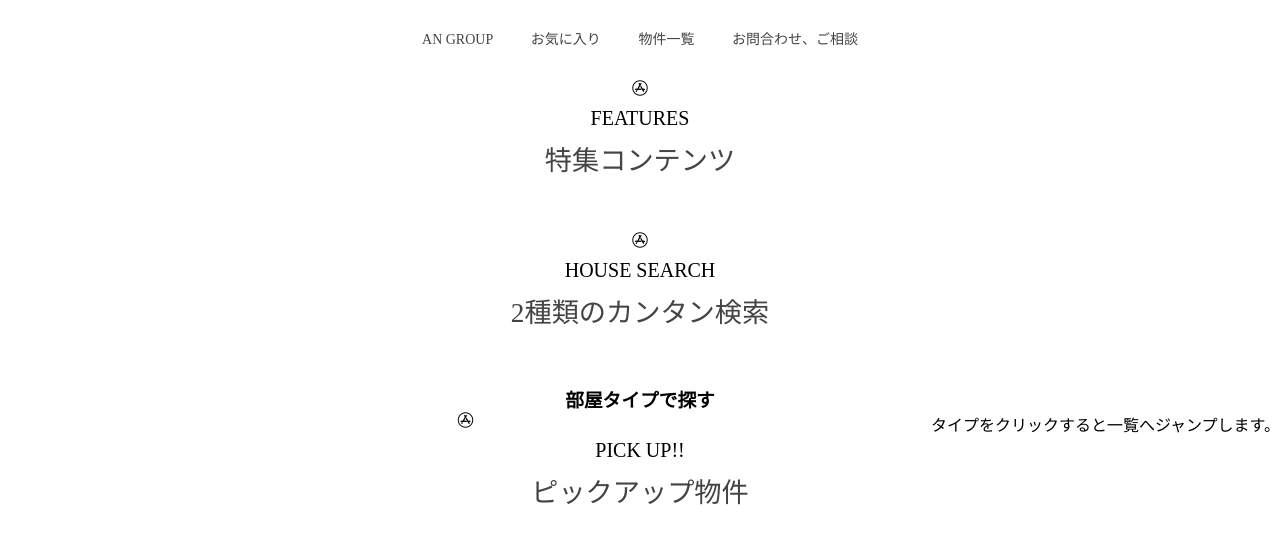
Repository: ninhdavid/real-estate
Page: index.html
These files come from the project's save history. The page is drawn as it stood at one moment and after the next save; the edit follows.
The browser window is 1280 px wide. The pictures show the whole page.
Some web libraries are served in a nearby version. The style sheet was rebuilt from its Sass, Less or Tailwind sources for each picture, by a compiler version that may differ from the author's.

Above is the page before, as saved 2022-05-09 22:20:52.

After the next save:
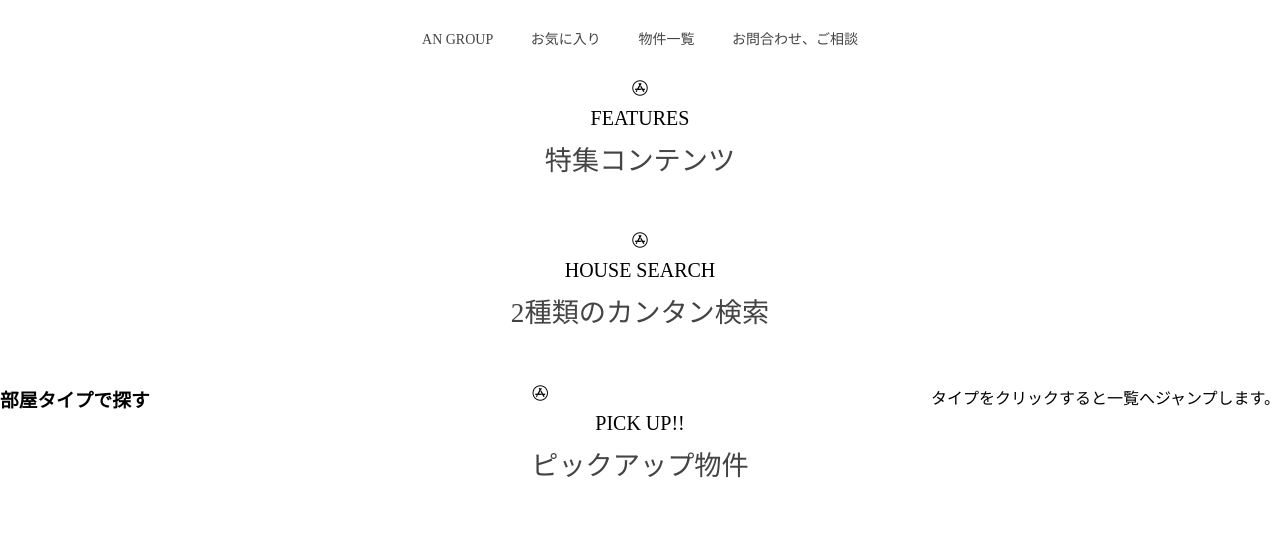
Saved 8 s later.
--- a/css/main.scss
+++ b/css/main.scss
@@ -79,7 +79,7 @@
 #content-box p {
     display: inline-block;
 }
-#content-box p:nth-of-type(1){
+#content-box h3:nth-of-type(1){
     float: left;
 }
 #content-box p:nth-of-type(1){
